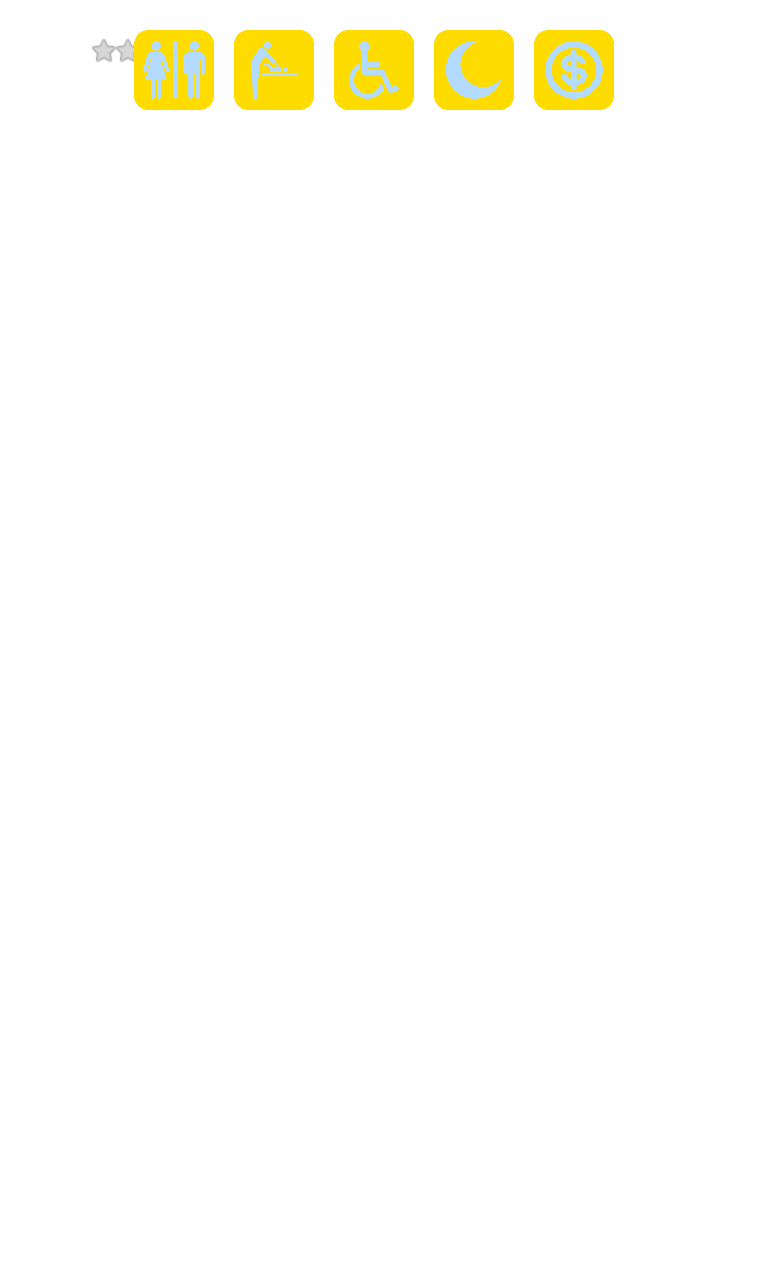
Repository: asocha/toilettalk
Layout: Android/workspace/ToiletTalk/res/layout/google_maps_marker.xml
The author's editor kept a copy of each file at every save. The layout is drawn from the files as they stood at one save, then again after the next save.
It is drawn on a 768 x 1280 px phone screen (xhdpi) without system bars, with theme AppTheme; the app's code is not run.

Above is the layout before, as saved 2013-04-28 21:21:27.

### Android/workspace/ToiletTalk/res/layout/google_maps_marker.xml
<?xml version="1.0" encoding="utf-8"?>
<RelativeLayout xmlns:android="http://schemas.android.com/apk/res/android"
	android:layout_width="wrap_content"
	android:layout_height="wrap_content"
	android:orientation="horizontal">

	<ImageView
		android:id="@+id/marker_image"
		android:layout_width="40dp"
		android:layout_height="40dp"
		android:contentDescription="@string/restroom_image"/>

	<LinearLayout
	    android:id="@+id/marker_content"
		android:layout_width="wrap_content"
		android:layout_height="wrap_content"
		android:layout_toRightOf="@id/marker_image"
		android:paddingLeft="6dp"
		android:orientation="vertical">

		<TextView
			android:id="@+id/marker_title"
			android:layout_width="wrap_content"
			android:layout_height="wrap_content"
			android:textAppearance="?android:attr/textAppearanceSmall"/>

		<RatingBar
		    android:id="@+id/marking_rating"
		    android:layout_width="wrap_content"
		    android:layout_height="wrap_content"
		    style="?android:attr/ratingBarStyleSmall" />
	</LinearLayout>

	<TextView
		android:id="@+id/marker_address"
		android:layout_width="wrap_content"
		android:layout_height="wrap_content"
		android:layout_below="@id/marker_image"
		android:textAppearance="?android:attr/textAppearanceSmall"/>

	<LinearLayout
        android:id="@+id/view_icons"
        android:layout_width="wrap_content"
        android:layout_marginTop="15dp"
        android:layout_height="40dp"
        android:layout_below="@+id/compose_ratingbar"
        android:layout_centerHorizontal="true" >

        <ToggleButton
            android:id="@+id/button_unisex"
            android:layout_marginRight="10dp"
            android:layout_width="40dp"
            android:layout_height="fill_parent"
            android:background="@drawable/button_unisex"
            android:textOn=""
            android:textOff="" />

        <ToggleButton
            android:id="@+id/button_babystation"
            android:layout_marginRight="10dp"
            android:layout_width="40dp"
            android:layout_height="fill_parent"
            android:background="@drawable/button_baby_station"
            android:textOn=""
            android:textOff="" />

        <ToggleButton
            android:id="@+id/button_handicap"
            android:layout_marginRight="10dp"
            android:layout_width="40dp"
            android:layout_height="fill_parent"
            android:background="@drawable/button_handicap"
            android:textOn=""
            android:textOff="" />

        <ToggleButton
            android:id="@+id/button_24hours"
            android:layout_marginRight="10dp"
            android:layout_width="40dp"
            android:layout_height="fill_parent"
            android:background="@drawable/button_24hours"
            android:textOn=""
            android:textOff="" />

        <ToggleButton
            android:id="@+id/button_money"
            android:layout_marginRight="10dp"
            android:layout_width="40dp"
            android:layout_height="fill_parent"
            android:background="@drawable/button_money"
            android:textOn=""
            android:textOff="" />
    </LinearLayout>


</RelativeLayout>

### Android/workspace/ToiletTalk/res/values/styles.xml
<resources xmlns:android="http://schemas.android.com/apk/res/android">

    <!--
        Base application theme, dependent on API level. This theme is replaced
        by AppBaseTheme from res/values-vXX/styles.xml on newer devices.
    -->
    <style name="AppBaseTheme" parent="android:Theme.Light">
        <!--
            Theme customizations available in newer API levels can go in
            res/values-vXX/styles.xml, while customizations related to
            backward-compatibility can go here.
        -->
    </style>

    <!-- Application theme. -->
    <style name="AppTheme" parent="android:Theme.Light.NoTitleBar">
        <!-- All customizations that are NOT specific to a particular API-level can go here. -->
    </style>

   	<style name="Theme.Main" parent="android:Theme.Holo.Light">
   	    <item name="android:windowContentOverlay">@null</item>
	</style>

   	<style name="EditText.InputStyle" parent="android:Widget.EditText">
   	   	<item name="android:ems">10</item>
   	   	<item name="android:layout_marginBottom">@dimen/margin_textinputs</item>
   	   	<item name="android:layout_marginTop">@dimen/margin_textinputs</item>
   	</style>

   	<style name="customRatingBar" parent="@android:style/Widget.RatingBar">
        <item name="android:progressDrawable">@drawable/custom_rating_bar_full</item>
        <item name="android:minHeight">1dp</item>
        <item name="android:maxHeight">1dp</item>
    </style>

</resources>

### Android/workspace/ToiletTalk/res/values/strings.xml
<?xml version="1.0" encoding="utf-8"?>
<resources>

    <string name="app_name">ToiletTalk</string>
    <string name="action_settings">Settings</string>
    <string name="hello_world">Hello world!</string>
    <string name="register">Register</string>
    <string name="login">Login</string>
    <string name="continue_guest">Continue as guest</string>
	<string name="uname_hint">Username</string>
	<string name="pass_hint">Password</string>
	<string name="email">Email Address</string>
	<string name="gender">Gender</string>
	<string name="reg_submit">Sign me up!</string>
	<string name="logo_description">Toilet Talk</string>
	<string name="error_login">Invalid username/password combination</string>
	<string name="error_reg">Registration Failed. Please check imput.</string>
	<string name="error_generic">Submittion failed due to network error.</string>
	<string name="error_continue">Return</string>
	<string name="first_name">First Name</string>
	<string name="last_name">Last Name</string>
	<string name="button_reset_map">Reset Map</string>
	<string name="button_text_compose_review">Compose</string>
	<string name="button_menu">Menu</string>
	<string name="button_review">Submit</string>
	<string name="location_name">Location Name</string>
	<string name="restroom_image">Restroom Image</string>
	<string name="image_instructions">Tap on the above thumbnail to attach a new image</string>
	<string name="expand">Expand</string>
</resources>

### Android/workspace/ToiletTalk/res/drawable/button_unisex.xml
<?xml version="1.0" encoding="utf-8"?>
<selector xmlns:android="http://schemas.android.com/apk/res/android">
    <item android:drawable="@drawable/icon_unisex_selected" android:state_checked="true" android:state_pressed="true"/>
    <item android:drawable="@drawable/icon_unisex_selected" android:state_pressed="true"/>
    <item android:drawable="@drawable/icon_unisex_selected" android:state_checked="true" />
    <item android:drawable="@drawable/icon_unisex_unselected"/>
</selector>

### Android/workspace/ToiletTalk/res/drawable/button_baby_station.xml
<?xml version="1.0" encoding="utf-8"?>
<selector xmlns:android="http://schemas.android.com/apk/res/android">
    <item android:drawable="@drawable/icon_baby_station_selected" android:state_checked="true" android:state_pressed="true"/>
    <item android:drawable="@drawable/icon_baby_station_selected" android:state_pressed="true"/>
    <item android:drawable="@drawable/icon_baby_station_selected" android:state_checked="true" />
    <item android:drawable="@drawable/icon_baby_station_unselected"/>
</selector>

### Android/workspace/ToiletTalk/res/drawable/button_handicap.xml
<?xml version="1.0" encoding="utf-8"?>
<selector xmlns:android="http://schemas.android.com/apk/res/android">
    <item android:drawable="@drawable/icon_handicap_selected" android:state_checked="true" android:state_pressed="true"/>
    <item android:drawable="@drawable/icon_handicap_selected" android:state_pressed="true"/>
    <item android:drawable="@drawable/icon_handicap_selected" android:state_checked="true" />
    <item android:drawable="@drawable/icon_handicap_unselected"/>
</selector>

### Android/workspace/ToiletTalk/res/drawable/button_24hours.xml
<?xml version="1.0" encoding="utf-8"?>
<selector xmlns:android="http://schemas.android.com/apk/res/android">
    <item android:drawable="@drawable/icon_24hours_selected" android:state_checked="true" android:state_pressed="true"/>
    <item android:drawable="@drawable/icon_24hours_selected" android:state_pressed="true"/>
    <item android:drawable="@drawable/icon_24hours_selected" android:state_checked="true" />
    <item android:drawable="@drawable/icon_24hours_unselected"/>
</selector>

### Android/workspace/ToiletTalk/res/drawable/button_money.xml
<?xml version="1.0" encoding="utf-8"?>
<selector xmlns:android="http://schemas.android.com/apk/res/android">
    <item android:drawable="@drawable/icon_money_selected" android:state_checked="true" android:state_pressed="true"/>
    <item android:drawable="@drawable/icon_money_selected" android:state_pressed="true"/>
    <item android:drawable="@drawable/icon_money_selected" android:state_checked="true" />
    <item android:drawable="@drawable/icon_money_unselected"/>
</selector>

After the next save:
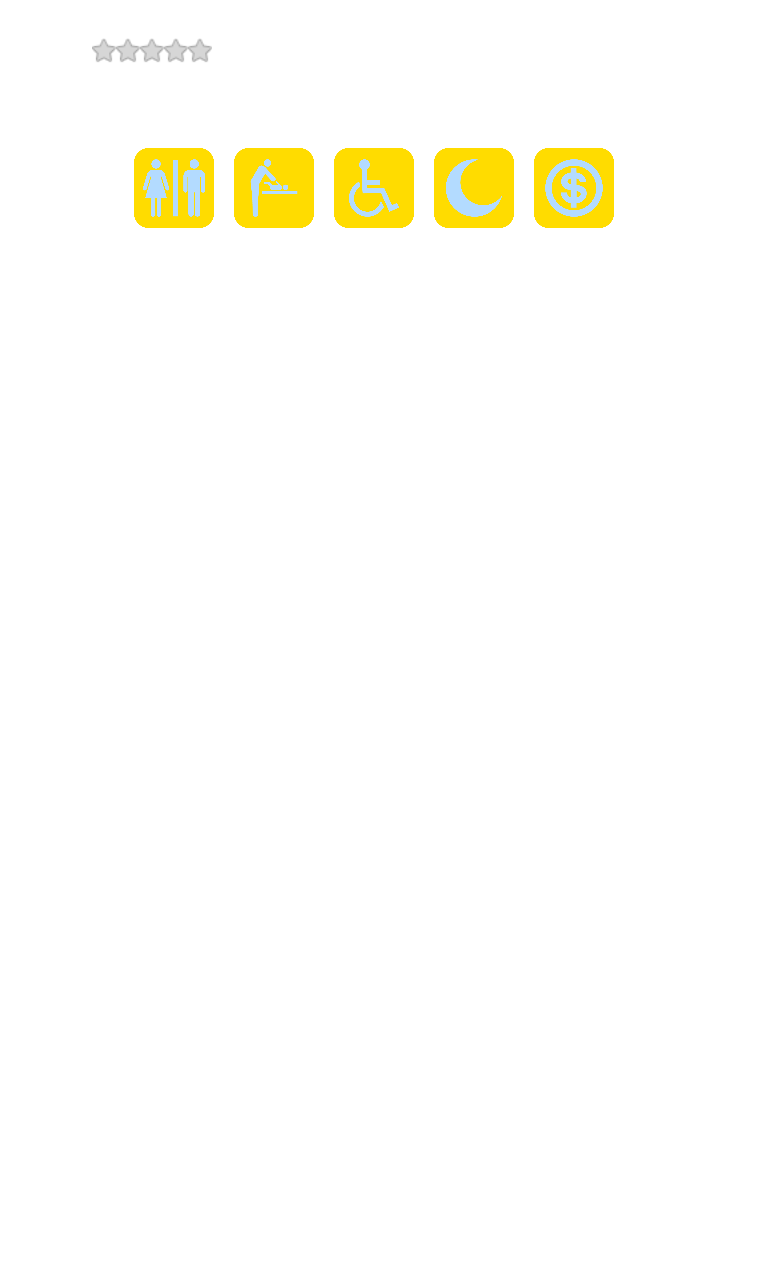
Saved 8 s later.
--- a/Android/workspace/ToiletTalk/res/layout/google_maps_marker.xml
+++ b/Android/workspace/ToiletTalk/res/layout/google_maps_marker.xml
@@ -43,7 +43,7 @@
         android:layout_width="wrap_content"
         android:layout_marginTop="15dp"
         android:layout_height="40dp"
-        android:layout_below="@+id/compose_ratingbar"
+        android:layout_below="@+id/marker_address"
         android:layout_centerHorizontal="true" >
 
         <ToggleButton
